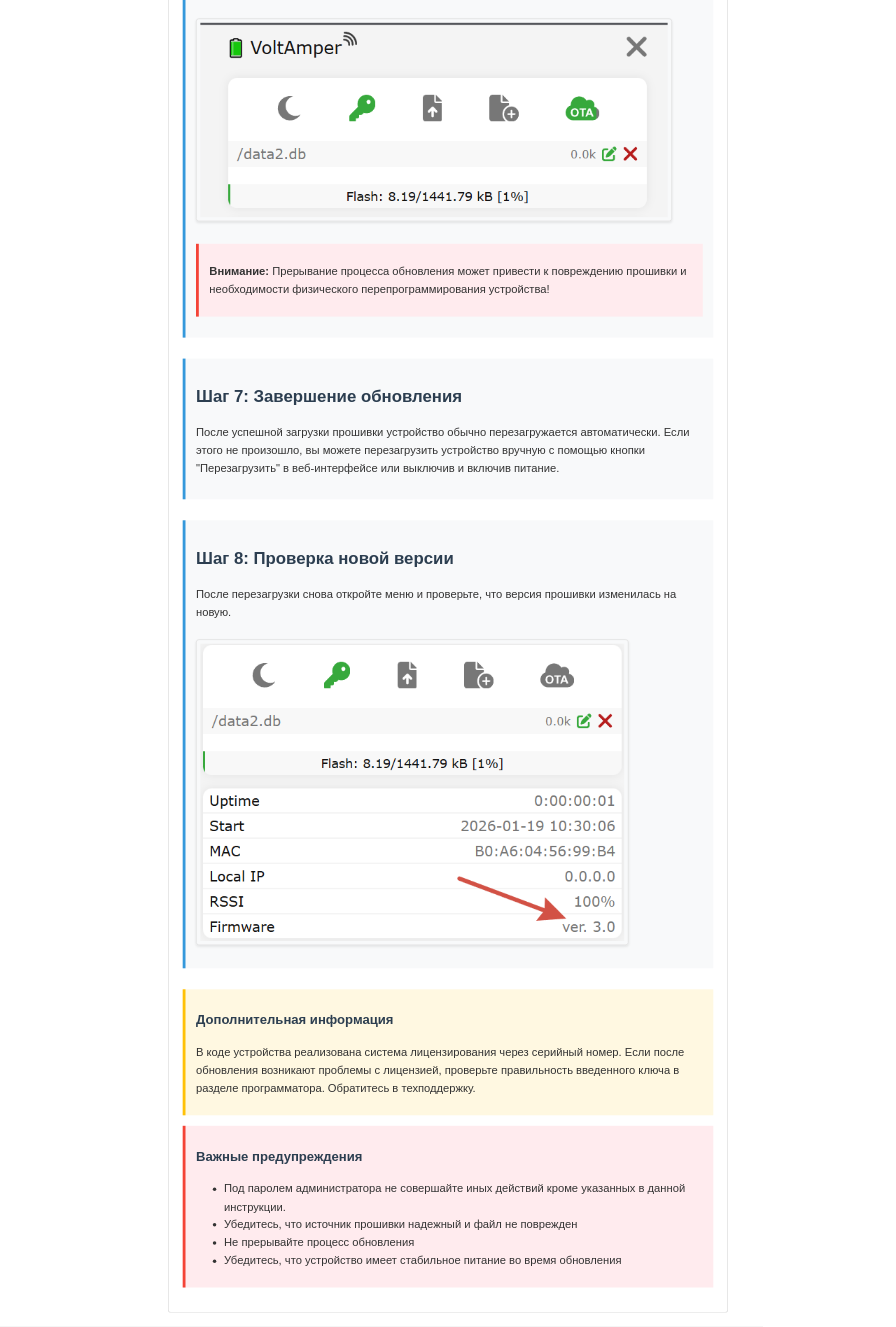
Repository: NikElectronics/ELIXStoFIX
Page: firmware.html
An editor plug-in stored every save of this project. The page is shown before and after the next save, followed by the edit.
The browser window is 1280 px wide. The pictures show the part of the page from y = 4036 to 5956 px (the page is 5931 px tall before and 5956 px after), at 70% of full size.

Above is the page before, as saved 2026-01-21 03:53:01.

### firmware.html
<!DOCTYPE html>
<html lang="ru">

<head>
    <meta charset="UTF-8">
    <meta name="viewport" content="width=device-width, initial-scale=1.0">
    <title>Инструкция по обновлению прошивки</title>
    <style>
        body {
            font-family: Arial, sans-serif;
            line-height: 1.6;
            max-width: 800px;
            margin: 0 auto;
            padding: 20px;
            color: #333;
        }

        h1,
        h2,
        h3 {
            color: #2c3e50;
        }

        .step {
            margin-bottom: 30px;
            padding: 15px;
            border-left: 4px solid #3498db;
            background-color: #f8f9fa;
        }

        .screenshot {
            max-width: 100%;
            border: 1px solid #ddd;
            border-radius: 4px;
            padding: 5px;
            margin: 10px 0;
            box-shadow: 0 2px 4px rgba(0, 0, 0, 0.1);
            cursor: pointer;
            transition: transform 0.3s ease;
        }

        .screenshot:hover {
            transform: scale(1.05);
        }

        /* Стили для модального окна изображения */
        .modal {
            display: none;
            position: fixed;
            z-index: 1000;
            left: 0;
            top: 0;
            width: 100%;
            height: 100%;
            background-color: rgba(0, 0, 0, 0.9);
            backdrop-filter: blur(5px);
        }

        .modal-content {
            display: block;
            margin: auto;
            max-width: 90%;
            max-height: 90%;
            position: absolute;
            top: 50%;
            left: 50%;
            transform: translate(-50%, -50%);
            border-radius: 8px;
        }

        .close {
            position: absolute;
            top: 20px;
            right: 35px;
            color: #fff;
            font-size: 40px;
            font-weight: bold;
            cursor: pointer;
            z-index: 1001;
        }

        .close:hover {
            color: #ccc;
        }

        .note {
            background-color: #fff8e1;
            border-left: 4px solid #ffc107;
            padding: 10px 15px;
            margin: 15px 0;
        }

        .warning {
            background-color: #ffebee;
            border-left: 4px solid #f44336;
            padding: 10px 15px;
            margin: 15px 0;
        }

        code {
            background-color: #f5f5f5;
            padding: 2px 4px;
            border-radius: 3px;
            font-family: monospace;
        }

        .download-btn {
            display: inline-block;
            background-color: #3498db;
            color: white;
            padding: 12px 24px;
            text-decoration: none;
            border-radius: 6px;
            font-weight: bold;
            transition: all 0.3s ease;
            box-shadow: 0 2px 5px rgba(0, 0, 0, 0.2);
            margin: 15px 0;
        }

        .download-btn:hover {
            background-color: #2980b9;
            transform: translateY(-2px);
            box-shadow: 0 4px 8px rgba(0, 0, 0, 0.2);
        }

        .download-btn:active {
            transform: translateY(0);
            box-shadow: 0 2px 3px rgba(0, 0, 0, 0.2);
        }

        .download-container {
            text-align: center;
            margin: 20px 0;
        }

        .tab-btn {
            background-color: #e0e0e0;
            border: none;
            outline: none;
            cursor: pointer;
            padding: 14px 16px;
            font-size: 16px;
            border-radius: 4px 4px 0 0;
            transition: 0.3s;
        }

        .tab-btn.active {
            background-color: #3498db;
            color: white;
        }

        .tab-btn:hover:not(.active) {
            background-color: #bdc3c7;
        }

        .tab-content {
            padding: 20px;
            border: 1px solid #ddd;
            border-top: none;
            border-radius: 0 0 4px 4px;
        }
    </style>
</head>

<body>

    <h1>Инструкция по обновлению прошивки</h1>

    <div style="display: flex; gap: 20px; margin: 20px 0;">
        <button id="otaTab" class="tab-btn active" onclick="showTab('ota')">OTA обновление</button>
        <button id="usbTab" class="tab-btn" onclick="showTab('usb')">USB обновление</button>
    </div>

    <div id="otaContent" class="tab-content">

        <div class="download-container" id="downloadSection">
            <a href="files/lxtfix_V201.bin" download class="download-btn">
                📥 Скачать прошивку lxtfix_V201.bin
            </a>
            <a href="files/lxtfix_V3(XGT).bin" download class="download-btn">
                📥 Скачать прошивку lxtfix_V3(XGT).bin
            </a>
        </div>

        <p>Подключитесь к Wi-Fi сети устройства с любого устройства (компьютера, телефона или планшета)</p>

        <div class="warning">
            <h3>⚠️ ВАЖНО: Перед началом обновления</h3>
            <p><strong>Обязательно сохраните лицензионный ключ и номер прибора!</strong> При случайном удалении файла с базой данных
                 (который доступен в режиме администратора) потребуется повторная активация.</p>
            <p>Рекомендуется:</p>
            <ul>
                <li>Сделать скриншот раздела с лицензионной информацией</li>
                <li>Записать номер прибора и лицензионный ключ на бумаге</li>
                <li>Сохранить эти данные в надежном месте</li>
            </ul>
        </div>

        <div class="step">
            <h2>Шаг 1: Подключение к устройству</h2>
            <p>Убедитесь, что устройство включено и подключено к Wi-Fi сети. В коде указано, что устройство создает
                точку
                доступа с именем "Makita" и паролем "12345678".</p>
            <div class="note">
                <p><strong>Примечание:</strong> В коде устройства заданы следующие настройки:</p>
                <ul>
                    <li>SSID: <code>Makita</code></li>
                    <li>Пароль: <code>12345678</code></li>
                    <li>Режим: Точка доступа (AP)</li>
                </ul>
            </div>
            <p>Подключитесь к Wi-Fi сети устройства с любого устройства (компьютера, телефона или планшета)</p>
            <p>Откройте WEB браузер и перейдите по адресу 192.168.4.1 (предварительно отключите сеть "Мобильные данные")
            </p>
        </div>

        <div class="step">
            <h2>Шаг 2: Открытие меню</h2>
            <p>Откройте меню нажав на иконку указанную на рисунке ниже. </p>
            <img src="images/menu.png" alt="Главная страница веб-интерфейса" class="screenshot">
        </div>

        <div class="step">
            <h2>Шаг 3: Ввод пароля администратора.</h2>
            <p>После открытия меню нажмите иконку ключ указанную на рисунке.</p>
            <img src="images/menu_open.png" alt="Главная страница веб-интерфейса" class="screenshot">
            <p>И введите в поле, открывшегося окна Password, пароль LXTFIX (для новых версий) или nik1709 (для старых
                версий)</p>
            <img src="images/password.png" alt="Главная страница веб-интерфейса" class="screenshot">
        </div>

        <div class="step">
            <h2>Шаг 4: Выбор прошивки</h2>
            <p>После ввода правильного пароля иконка ключа станет зеленым и появится иконка ОТА (облако)".</p>
            <p>Нажав на иконку OTA откроется проводник файлов вашего устройства. Найдите и выберите заранее скачанную
                прошивку.</p>
            <img src="images/pass_good.png" alt="Раздел программатора" class="screenshot">
            <div class="note">
                <p><strong>Примечание:</strong> Убедитесь, что файл прошивки имеет правильный формат (обычно .bin) и
                    совместим с вашим устройством.</p>
            </div>
        </div>

        <div class="step">
            <h2>Шаг 5: Загрузка новой прошивки</h2>
            <p>После выбора файла прошивки нажмите кнопку ОК для начала загрузки. </p>
            <img src="images/firmware.png" alt="Интерфейс загрузки прошивки" class="screenshot">
        </div>

        <div class="step">
            <h2>Шаг 6: Процесс обновления</h2>
            <p>При обновлении прошивки иконка облако станет зеленым. Не прерывайте процесс обновления и не отключайте
                питание устройства до появления сообщения "OTA завершено" в нижней части экрана.</p>
            <img src="images/green.png" alt="Процесс обновления прошивки" class="screenshot">
            <div class="warning">
                <p><strong>Внимание:</strong> Прерывание процесса обновления может привести к повреждению прошивки и
                    необходимости физического перепрограммирования устройства!</p>
            </div>
        </div>

        <div class="step">
            <h2>Шаг 7: Завершение обновления</h2>
            <p>После успешной загрузки прошивки устройство обычно перезагружается автоматически. Если этого не
                произошло, вы
                можете перезагрузить устройство вручную с помощью кнопки "Перезагрузить" в веб-интерфейсе или выключив и
                включив питание.</p>
        </div>

        <div class="step">
            <h2>Шаг 8: Проверка новой версии</h2>
            <p>После перезагрузки снова откройте меню и проверьте, что версия прошивки изменилась на новую.</p>
            <img src="images/control.png" alt="Процесс обновления прошивки" class="screenshot">
        </div>

        <div class="note" id="additionalInfo">
            <h3>Дополнительная информация</h3>
            <p>В коде устройства реализована система лицензирования через серийный номер. Если после обновления
                возникают
                проблемы с лицензией, проверьте правильность введенного ключа в разделе программатора. Обратитесь в
                техподдержку.</p>
        </div>

        <div class="warning" id="importantWarnings">
            <h3>Важные предупреждения</h3>
            <ul>
                <li>Под паролем администратора не совершайте иных действий кроме указанных в данной инструкции.</li>
                <li>Убедитесь, что источник прошивки надежный и файл не поврежден</li>
                <li>Не прерывайте процесс обновления</li>
                <li>Убедитесь, что устройство имеет стабильное питание во время обновления</li>
            </ul>
        </div>
    </div>

    <div id="usbContent" class="tab-content" style="display: none;">
        <div class="download-container" id="downloadSection">
            <a href="files/lxtfix_V201.bin" download class="download-btn">
                📥 Скачать прошивку lxtfix_V201.bin
            </a>
            <a href="files/lxtfix_V3(XGT).bin" download class="download-btn">
                📥 Скачать прошивку lxtfix_V3(XGT).bin
            </a>
        </div>

        <div class="warning">
            <h3>⚠️ ВАЖНО: Перед началом обновления</h3>
            <p><strong>Обязательно сохраните лицензионный ключ и номер прибора!.</p>
            <p>Рекомендуется:</p>
            <ul>
                <li>Сделать скриншот раздела с лицензионной информацией</li>
                <li>Записать номер прибора и лицензионный ключ на бумаге</li>
                <li>Сохранить эти данные в надежном месте</li>
            </ul>
        </div>

        <div class="step">
            <h2>Шаг 1: Подготовка к USB обновлению</h2>
            <p>Для обновления прошивки через USB понадобится:</p>
            <ul>
                <li>USB кабель (micro-USB или USB-C, в зависимости от модели устройства)</li>
                <li>Скачанная прошивка (.bin файл)</li>
                <li>WEB ресурс для прошивки <a href="https://esptool.spacehuhn.com/" target="_blank">ESPWebTool</a></li>
            </ul>
            <div class="note">
                <p><strong>Примечание:</strong> Убедитесь, что у вас установлены драйверы для подключения ESP32 к
                    компьютеру и устройство определяется.</p>
            </div>
        </div>

        <div class="step">
            <h2>Шаг 2: Подключение к прибору</h2>
            <p>Подключите USB кабель к диагностическому модулю.</p>
            <img src="images/usb-connection.png" alt="Подключение устройства через USB" class="screenshot">
        </div>

        <div class="step">
            <h2>Шаг 3: Запуск режима прошивки</h2>
            <img src="images/esp.png" alt="Запуск прошивки" class="screenshot">
            <p>Зажмите кнопку BOOT на плате ESP32 и подайте питание подключив USB кабель к компьютеру, удерживая кнопку.
                После включения питания можно отпустить кнопку.</p>
            <div class="note">
                <p><strong>Примечание:</strong> Устройство должно появиться в диспетчере устройств как COM порт.</p>
            </div>
        </div>

        <div class="step">
            <h2>Шаг 4: Настройка и загрузка прошивки</h2>
            <p>Откройте <a href="https://esptool.spacehuhn.com/" target="_blank">ESPWebTool</a> и настройте параметры:
            </p>
            <ul>
                <li>Нажмите иконку CONNECT</li>
                <img src="images/connect.png" alt="Интерфейс программатора" class="screenshot">
                <li>Из предлагаемого списка com выберите USB JTAG/Serial debug и нажмите Подключение</li>
                <img src="images/JTAG.png" alt="Интерфейс программатора" class="screenshot">
                <li>Нажав иконку SELECT и выберите файл прошивки, который вы скачали ранее </li>
                <img src="images/Select.png" alt="Интерфейс программатора" class="screenshot">
                <li>Нажмите иконку PROGRAM.</li>
                <img src="images/Program.png" alt="Интерфейс программатора" class="screenshot">
                <li>Дождитесь окончания загруки.</li>
            </ul>
            <!-- <img src="images/programmer-tab.jpeg" alt="Интерфейс программатора" class="screenshot"> -->
        </div>

        <!-- <div class="step">
            <h2>Шаг 5: Загрузка прошивки</h2>
            <p>Начните процесс прошивки, нажав кнопку "Start" или "Upload" в программе. Дождитесь завершения процесса.</p>
            <img src="images/programmer-tab.jpeg" alt="Процесс загрузки прошивки" class="screenshot">
            <div class="warning">
                <p><strong>Внимание:</strong> Не отключайте USB кабель и не выключайте устройство до завершения процесса прошивки!</p>
            </div>
        </div> -->

        <div class="step">
            <h2>Шаг 5: Перезагрузка устройства</h2>
            <p>После успешной загрузки прошивки отключите питание устройства и отсоедините USB кабель. Затем снова
                подключите питание, чтобы запустить новую прошивку.</p>
        </div>

        <div class="step">
            <h2>Шаг 6: Проверка новой версии</h2>
            <p>После перезагрузки откройте веб-интерфейс устройства и проверьте, что версия прошивки изменилась на
                новую.</p>
            <img src="images/control.png" alt="Версия прошивки" class="screenshot">
        </div>

        <div class="note" id="additionalInfoUsb">
            <h3>Дополнительная информация</h3>
            <p>Если у вас возникли проблемы с подключением устройства к компьютеру, проверьте наличие и
                работоспособность USB драйверов.</p>
            <p>В коде устройства реализована система лицензирования через серийный номер. Если после обновления
                возникают
                проблемы с лицензией, проверьте правильность введенного ключа в разделе программатора. Обратитесь в
                техподдержку.</p>
        </div>

        <div class="warning" id="importantWarningsUsb">
            <h3>Важные предупреждения</h3>
            <ul>
                <li>Убедитесь, что используете правильный файл прошивки для вашей модели устройства</li>
                <li>Не прерывайте процесс прошивки до его завершения</li>
                <li>Убедитесь, что устройство имеет стабильное питание во время обновления</li>
                <li>Проверьте правильность настроек COM порта и скорости соединения</li>
                <!-- <li>Убедитесь, что источник прошивки надежный и файл не поврежден</li> -->
            </ul>
        </div>
    </div>

    <!-- Модальное окно для изображений -->
    <div class="modal" id="imageModal">
        <span class="close" id="closeModal">&times;</span>
        <img class="modal-content" id="modalImage" src="" alt="">
    </div>

    <script>
        // Функция переключения вкладок
        function showTab(tabName) {
            // Скрыть все содержимое вкладок
            document.getElementById('otaContent').style.display = 'none';
            document.getElementById('usbContent').style.display = 'none';

            // Убрать активный класс со всех кнопок
            document.getElementById('otaTab').classList.remove('active');
            document.getElementById('usbTab').classList.remove('active');

            // Показать выбранную вкладку и сделать кнопку активной
            document.getElementById(tabName + 'Content').style.display = 'block';
            document.getElementById(tabName + 'Tab').classList.add('active');
        }

        // Функция для открытия модального окна с изображением
        function openImageModal(src, alt) {
            const modal = document.getElementById('imageModal');
            const modalImg = document.getElementById('modalImage');
            const closeModal = document.getElementById('closeModal');

            modalImg.src = src;
            modalImg.alt = alt;

            modal.style.display = 'block';

            // Обработчики закрытия
            closeModal.onclick = function () {
                modal.style.display = 'none';
            };

            modal.onclick = function () {
                modal.style.display = 'none';
            };
        }

        // Добавляем функционал для увеличения изображений
        document.addEventListener('click', function (event) {
            // Проверяем, является ли клик по изображению в контейнере
            if (event.target.classList.contains('screenshot')) {
                openImageModal(event.target.src, event.target.alt);
            }
        });

        // Закрытие модального окна при нажатии на клавишу Escape
        document.addEventListener('keydown', function (event) {
            if (event.key === 'Escape') {
                const modal = document.getElementById('imageModal');
                if (modal.style.display === 'block') {
                    modal.style.display = 'none';
                }
            }
        });
    </script>
</body>

</html>

After the next save:
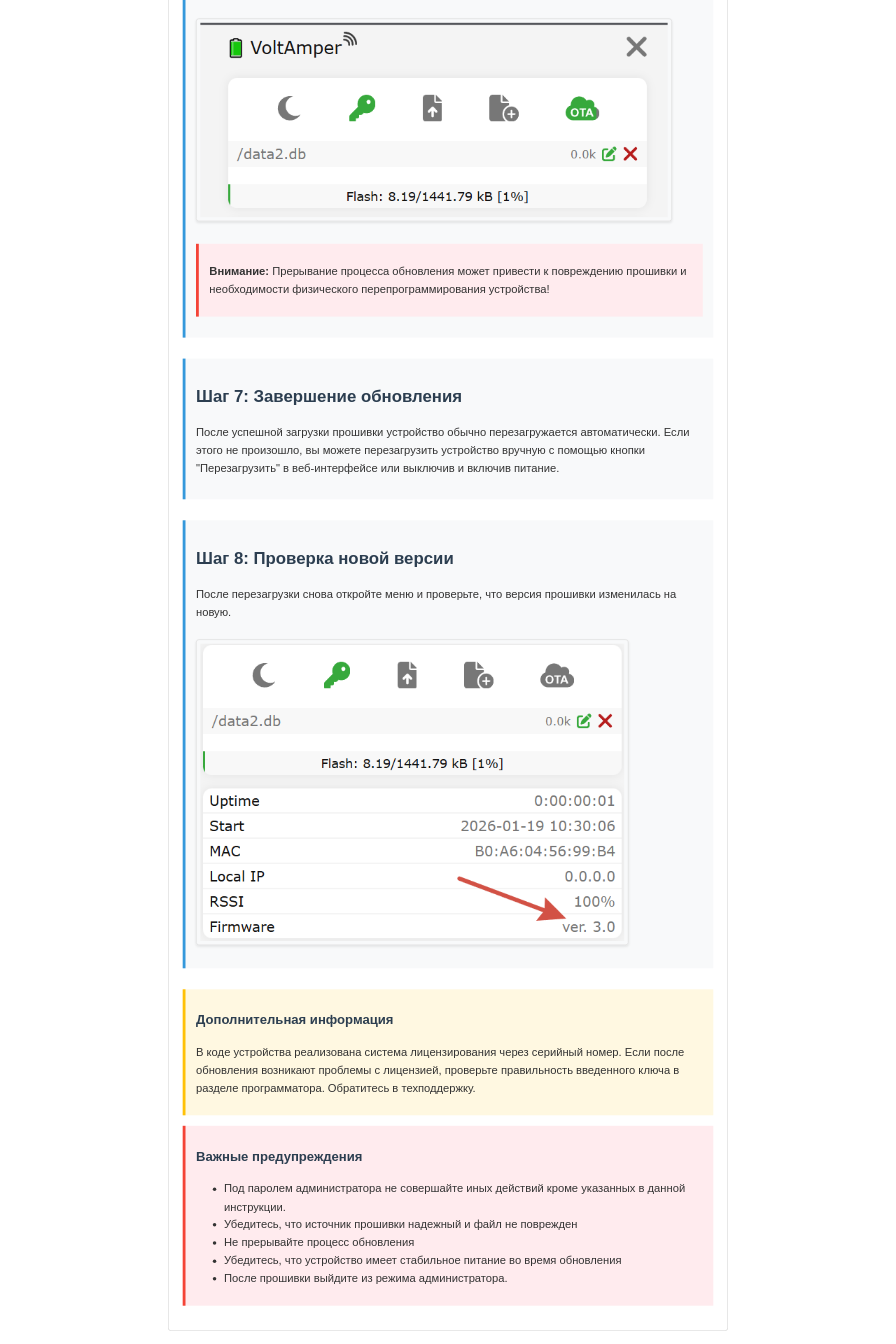
Saved 5 h 31 min later.
--- a/firmware.html
+++ b/firmware.html
@@ -287,6 +287,7 @@
                 <li>Убедитесь, что источник прошивки надежный и файл не поврежден</li>
                 <li>Не прерывайте процесс обновления</li>
                 <li>Убедитесь, что устройство имеет стабильное питание во время обновления</li>
+                <li>После прошивки выйдите из режима администратора.</li>
             </ul>
         </div>
     </div>
